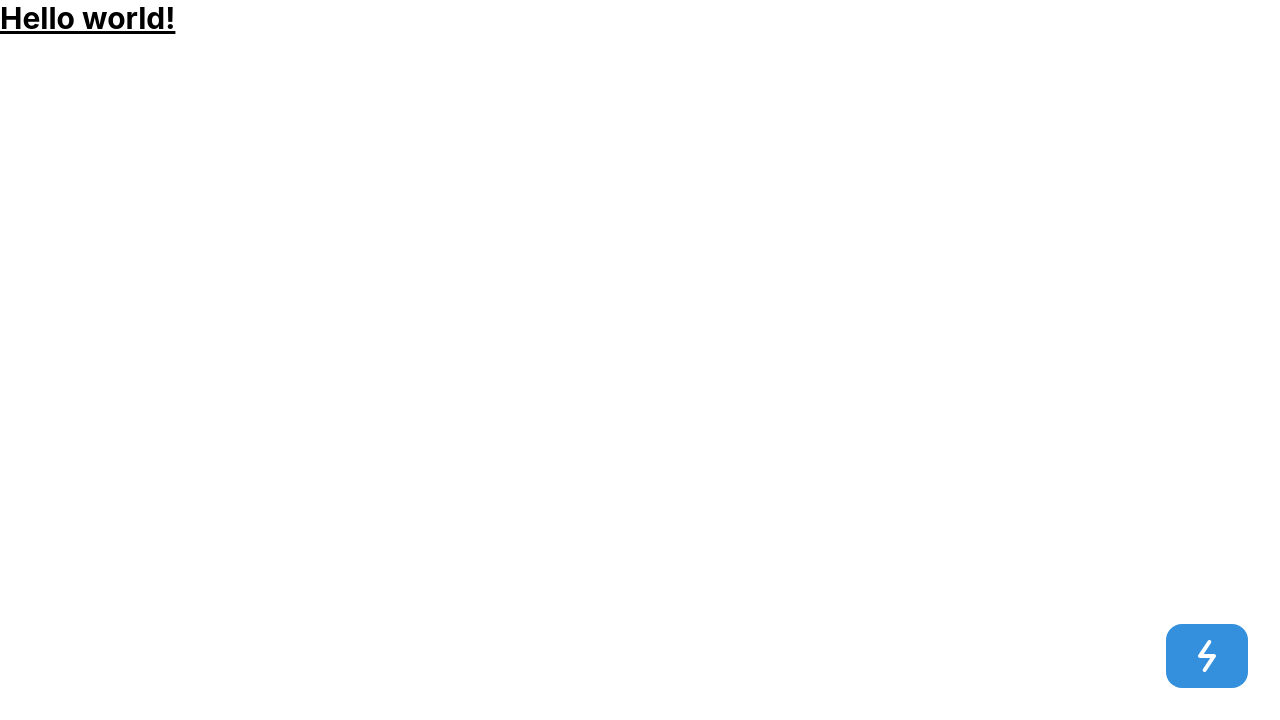
Repository: farrelmuhammad/quick-chat-task
Page: /
The author's editor kept a copy of each file at every save. The page is drawn from the files as they stood at one save, then again after the next save.
The browser window is 1280 px wide. The pictures show the whole page.
The project was rebuilt for these pictures with package versions that can differ from the ones it lists, and the page was loaded fresh each time.

Above is the page before, as saved 2023-09-17 17:00:53.

After the next save:
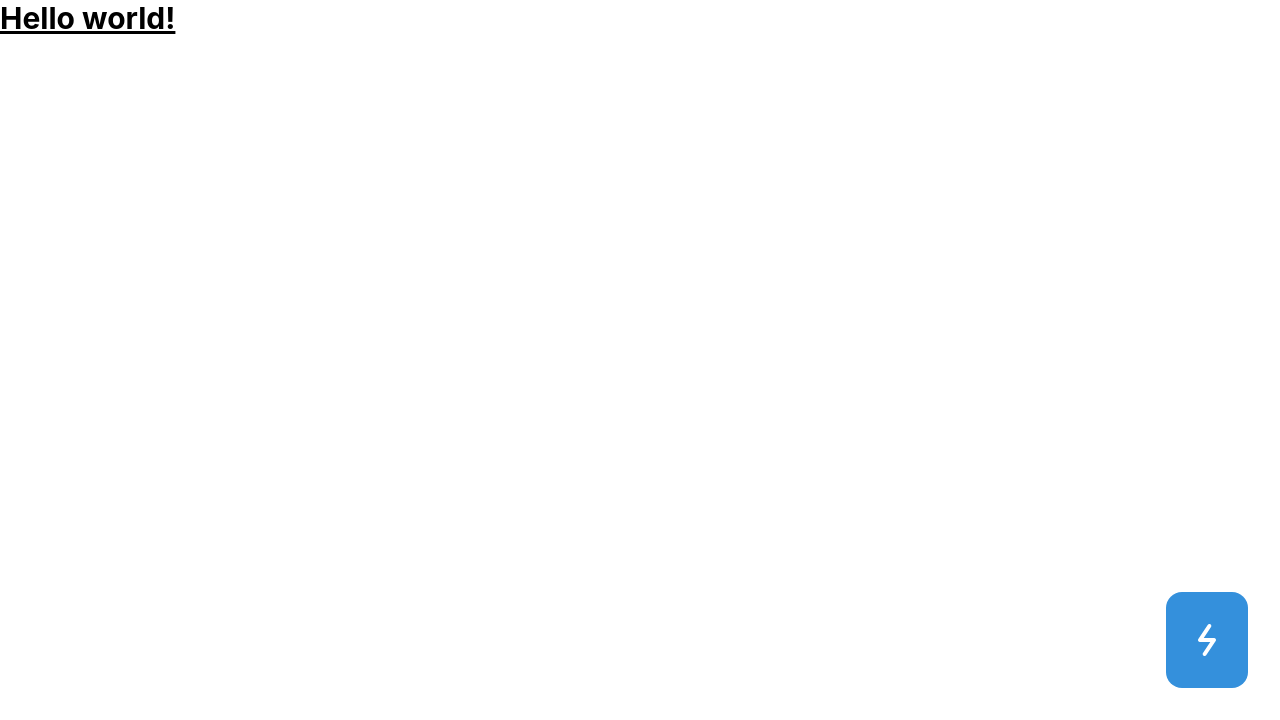
Saved 13 s later.
--- a/src/App.css
+++ b/src/App.css
@@ -43,7 +43,7 @@
   right: 2rem;
   background-color: #3490dc;
   color: #ffffff;
-  padding: 1rem 2rem;
+  padding: 2rem 2rem;
   border-radius: 1rem;
   cursor: pointer;
   transition: background-color 0.3s ease;
